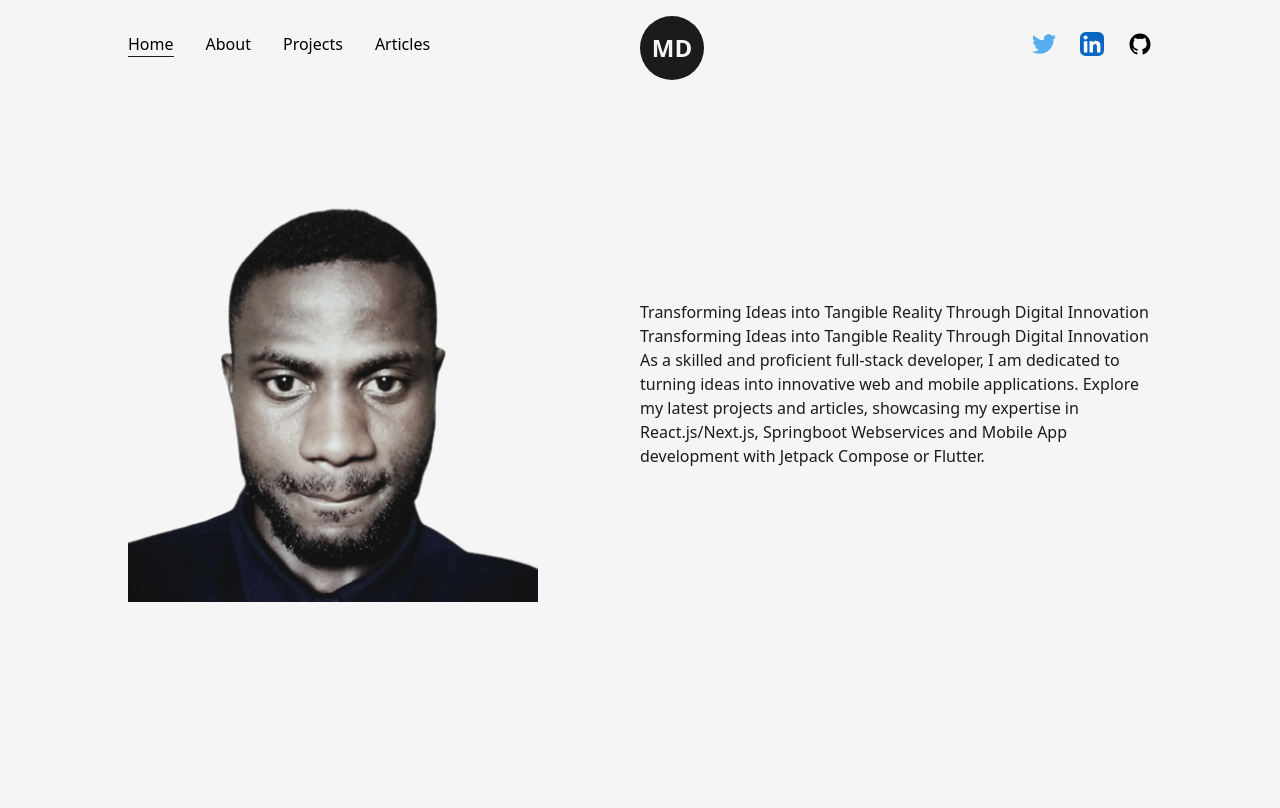
Repository: marcusdashe/situs
Page: /
An editor plug-in stored every save of this project. The page is shown before and after the next save, followed by the edit.
The browser window is 1280 px wide. The pictures show the whole page.
The project was rebuilt for these pictures with package versions that can differ from the ones it lists, and the page was loaded fresh each time. The framework's server and built-in components were replaced by stand-ins that run in the browser.

Above is the page before, as saved 2023-06-15 17:38:48.

After the next save:
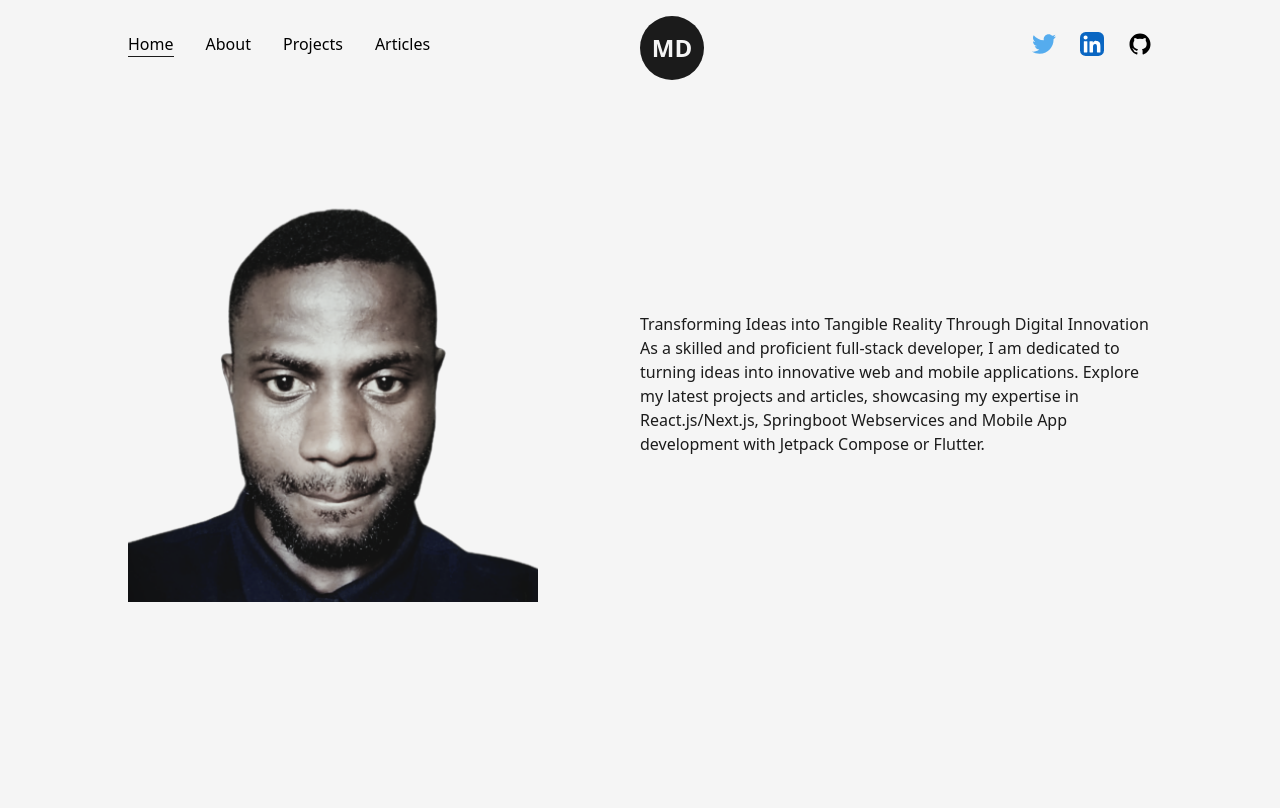
Saved 64 s later.
--- a/src/pages/index.js
+++ b/src/pages/index.js
@@ -25,11 +25,10 @@ export default function Home() {
               />
             </div>
             <div className="w-1/2">
-              <h1>
-                Transforming Ideas into Tangible Reality Through Digital
-                Innovation
-              </h1>
-              <AnimatedText />
+              <AnimatedText
+                text="        Transforming Ideas into Tangible Reality Through Digital Innovation
+"
+              />
               <p>
                 As a skilled and proficient full-stack developer, I am dedicated
                 to turning ideas into innovative web and mobile applications.
